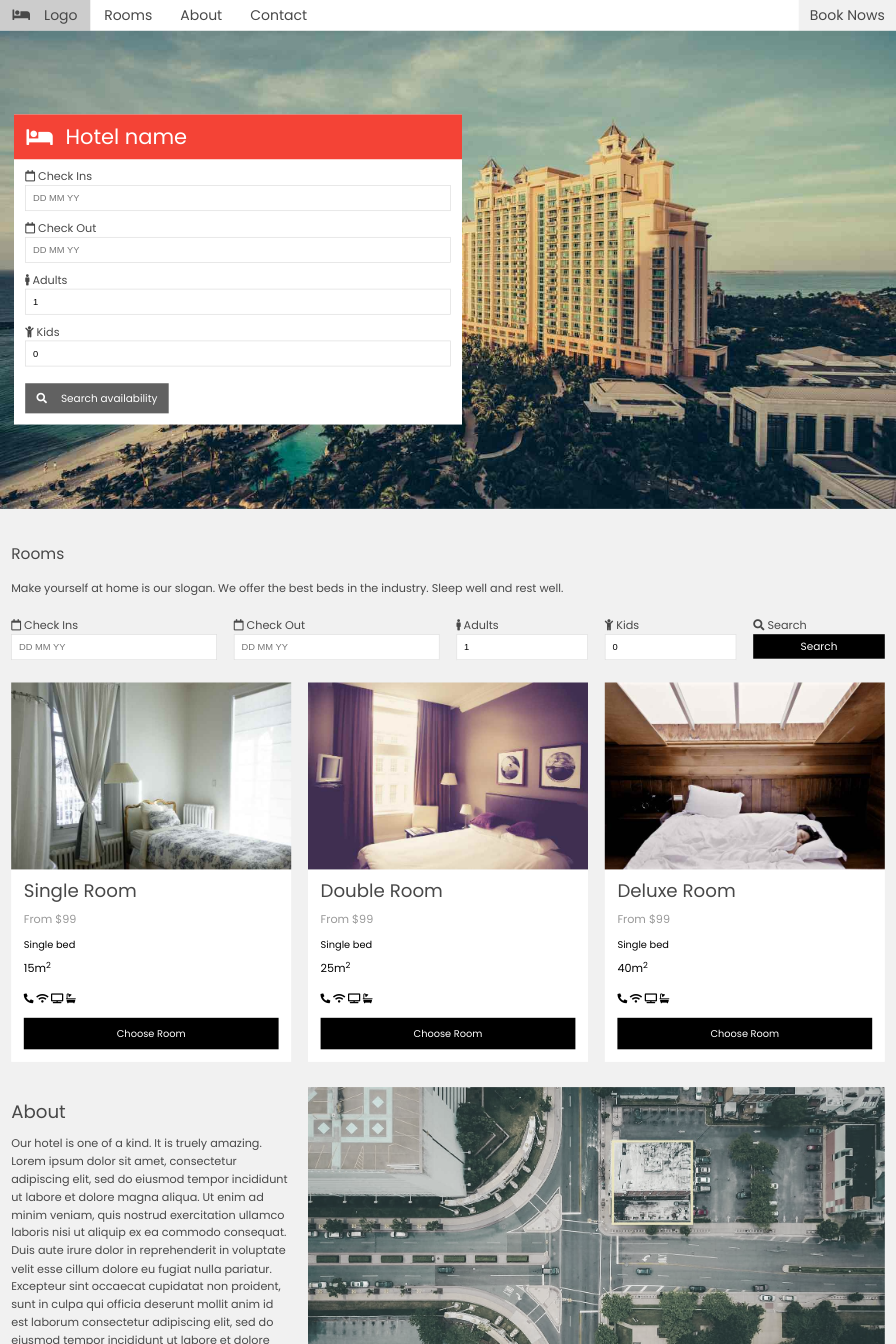
Repository: phamhuuloc/Travel_Template
Page: index.html
An editor plug-in stored every save of this project. The page is shown before and after the next save, followed by the edit.
The browser window is 1280 px wide. The pictures show the part of the page from y = 0 to 1920 px (the page is 3909 px tall), at 70% of full size.
The style sheet was rebuilt from its Sass, Less or Tailwind sources for each picture, by a compiler version that may differ from the author's.

Above is the page before, as saved 2021-09-21 13:17:16.

After the next save:
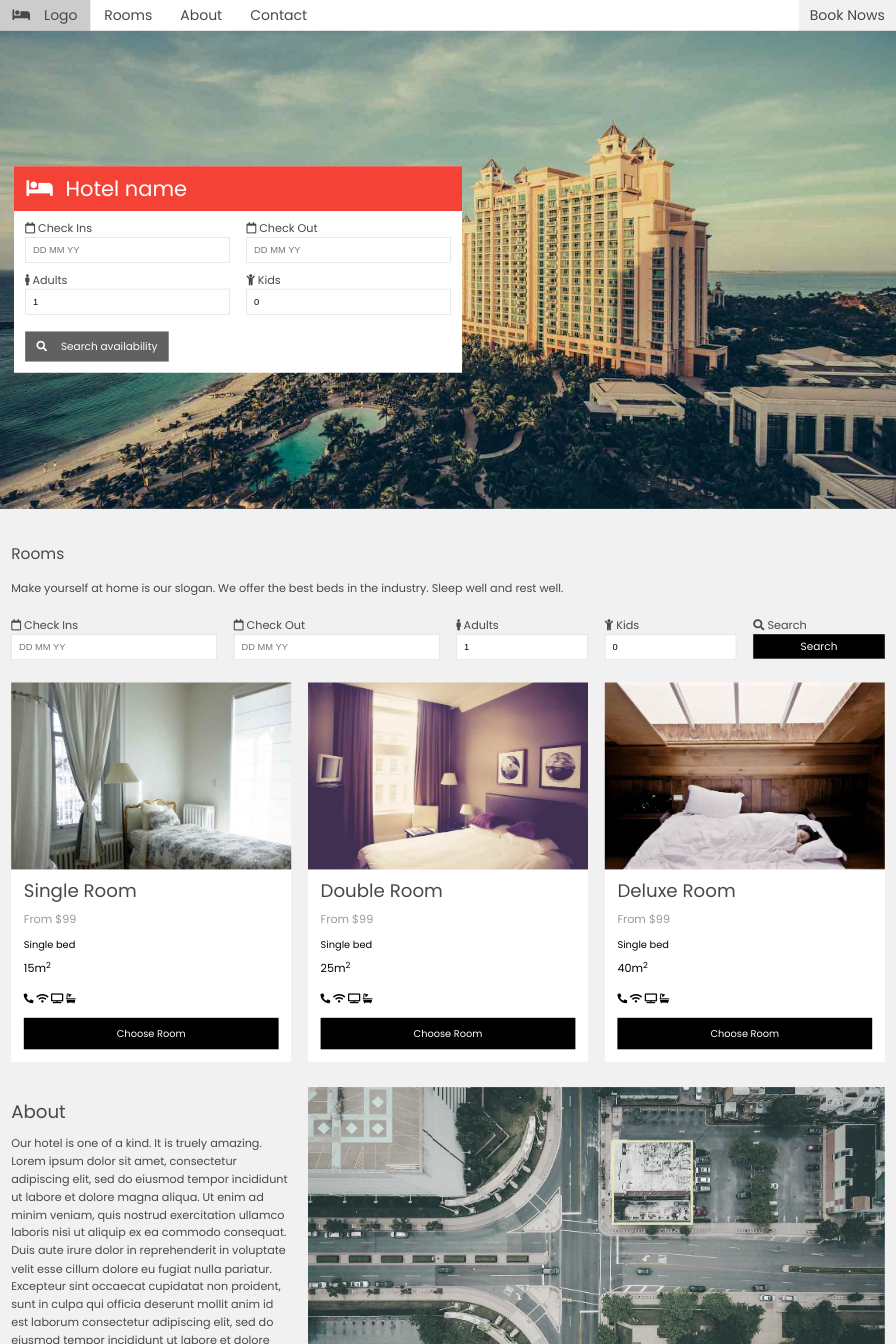
Saved 21 s later.
--- a/index.html
+++ b/index.html
@@ -49,7 +49,7 @@
           </div>
           <div class="form-container">
             <div class="row">
-              <div class="form__item col l-6 m-6 l-12">
+              <div class="form__item col l-6 m-6 c-12">
                 <label class="form__item-category">
                   <i class="far fa-calendar form__item-icon"></i>
                   Check Ins
@@ -60,7 +60,7 @@
                   placeholder="DD MM YY"
                 />
               </div>
-              <div class="form__item col l-6 m-6 l-12">
+              <div class="form__item col l-6 m-6 c-12">
                 <label class="form__item-category">
                   <i class="far fa-calendar form__item-icon"></i>
                   Check Out
@@ -73,7 +73,7 @@
               </div>
             </div>
             <div class="row">
-              <div class="form__item col l-6 m-6 l-12">
+              <div class="form__item col l-6 m-6 c-12">
                 <label class="form__item-category">
                   <i class="fas fa-male form__item-icon"></i>
                   Adults
@@ -86,7 +86,7 @@
                   class="form__item-input"
                 />
               </div>
-              <div class="form__item col l-6 m-6 l-12">
+              <div class="form__item col l-6 m-6 c-12">
                 <label class="form__item-category">
                   <i class="fas fa-child form__item-icon"></i>
                   Kids
